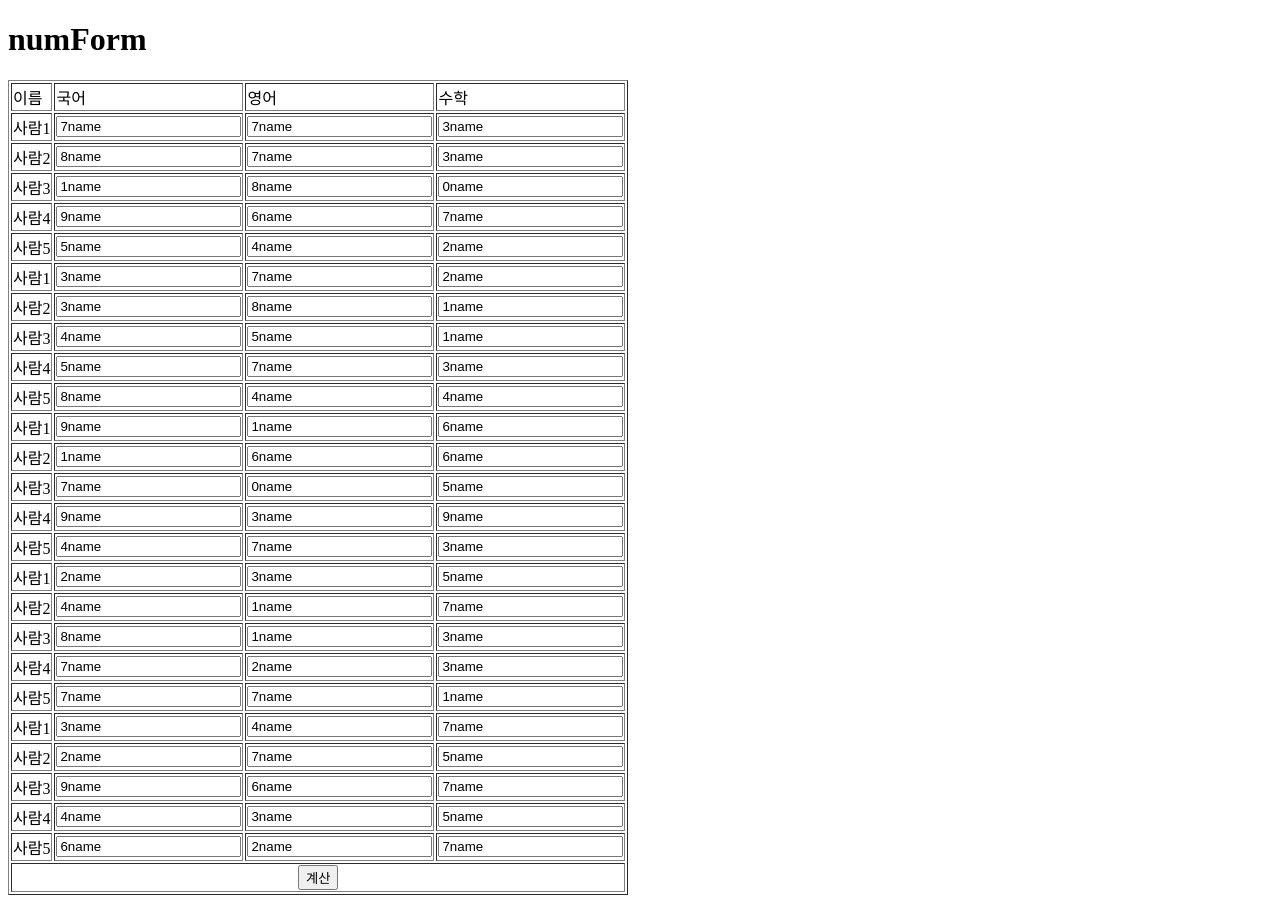
Repository: Jhoon0211/java_work
Page: http://localhost/jspProj/request/numForm2.jsp
These files come from the project's save history. The page is drawn as it stood at one moment and after the next save; the edit follows.
The browser window is 1280 px wide. The pictures show the whole page.
The page is served by Tomcat 9. Other server files are loaded and not shown.

Above is the page before, as saved 2023-07-27 09:28:08.

### jspProj/src/main/webapp/request/numForm2.jsp
<%@ page language="java" contentType="text/html; charset=UTF-8"
    pageEncoding="UTF-8"%>
<!DOCTYPE html>
<html>
<head>
<meta charset="UTF-8">
<title>Insert title here</title>
</head>
<body>
<%-- <%
	String[] korSco = request.getParameterValues("kor");
	String[] engSco = request.getParameterValues("eng");
	String[] mathSco = request.getParameterValues("math");

	// 총점
    int sum = 0; // 총점
    int num = Integer.parseInt(str); // str을 정수형으로 형변환
	sum ++; // 값을 누적


    // 평균
    int sum1 = 0;
    int avg = 0; // 짝수들의 평균 값
	int count = 0; // 개수

	for (String str : noArr) {
		int intValue = Integer.parseInt(str);
		if(intValue % 2 == 0) {  // args 값이 짝수면
			sum1 += intValue;
			count++;

		}
	}
	avg = sum1 / count;
	System.out.println("평균 : " + avg);
%> --%>
<h1>numForm</h1>
	<form action="numForm2.jsp">
		<table border="">
			<tr>
				<td>이름</td>
				<td>국어</td>
				<td>영어</td>
				<td>수학</td>
			</tr>
			<% for(int i = 0; i<5; i++){ %>
			<tr>
				<td>사람1</td>
				<td><input type="text" name="student" value="<%=(int)(Math.random()*10) + "name" %>"/></td>
				<td><input type="text" name="student" value="<%=(int)(Math.random()*10) + "name" %>"/></td>
				<td><input type="text" name="student" value="<%=(int)(Math.random()*10) + "name" %>"/></td>
			</tr>
			<tr>
				<td>사람2</td>
				<td><input type="text" name="student" value="<%=(int)(Math.random()*10) + "name" %>"/></td>
				<td><input type="text" name="student" value="<%=(int)(Math.random()*10) + "name" %>"/></td>
				<td><input type="text" name="student" value="<%=(int)(Math.random()*10) + "name" %>"/></td>
			</tr>
			<tr>
				<td>사람3</td>
				<td><input type="text" name="student" value="<%=(int)(Math.random()*10) + "name" %>"/></td>
				<td><input type="text" name="student" value="<%=(int)(Math.random()*10) + "name" %>"/></td>
				<td><input type="text" name="student" value="<%=(int)(Math.random()*10) + "name" %>"/></td>
			</tr>
			<tr>
				<td>사람4</td>
				<td><input type="text" name="student" value="<%=(int)(Math.random()*10) + "name" %>"/></td>
				<td><input type="text" name="student" value="<%=(int)(Math.random()*10) + "name" %>"/></td>
				<td><input type="text" name="student" value="<%=(int)(Math.random()*10) + "name" %>"/></td>
			</tr>
			<tr>
				<td>사람5</td>
				<td><input type="text" name="student" value="<%=(int)(Math.random()*10) + "name" %>"/></td>
				<td><input type="text" name="student" value="<%=(int)(Math.random()*10) + "name" %>"/></td>
				<td><input type="text" name="student" value="<%=(int)(Math.random()*10) + "name" %>"/></td>
			</tr>
			<%} %>


			<tr>
				<td colspan="4" align="center">
					<input type="submit" value="계산" />
				</td>
			</tr>
		</table>
	</form>
</body>
</html>

After the next save:
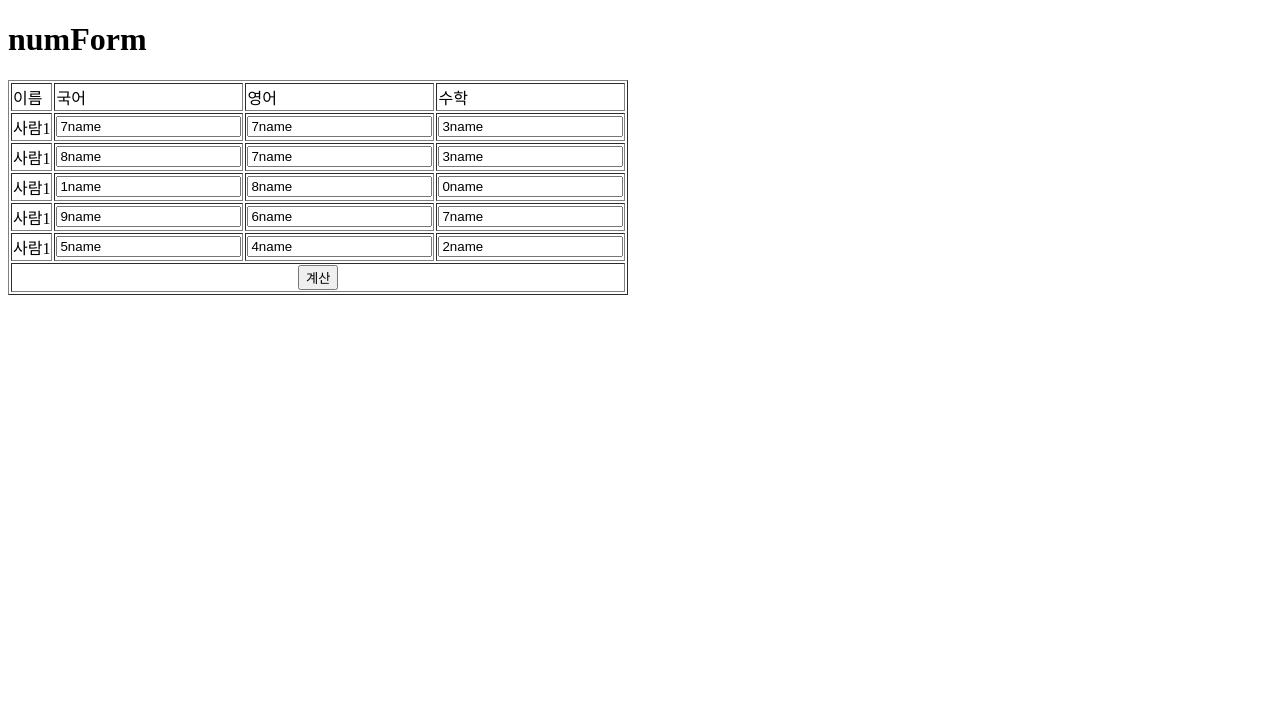
Saved 16 s later.
--- a/jspProj/src/main/webapp/request/numForm2.jsp
+++ b/jspProj/src/main/webapp/request/numForm2.jsp
@@ -50,30 +50,7 @@
 				<td><input type="text" name="student" value="<%=(int)(Math.random()*10) + "name" %>"/></td>
 				<td><input type="text" name="student" value="<%=(int)(Math.random()*10) + "name" %>"/></td>
 			</tr>
-			<tr>
-				<td>사람2</td>
-				<td><input type="text" name="student" value="<%=(int)(Math.random()*10) + "name" %>"/></td>
-				<td><input type="text" name="student" value="<%=(int)(Math.random()*10) + "name" %>"/></td>
-				<td><input type="text" name="student" value="<%=(int)(Math.random()*10) + "name" %>"/></td>
-			</tr>
-			<tr>
-				<td>사람3</td>
-				<td><input type="text" name="student" value="<%=(int)(Math.random()*10) + "name" %>"/></td>
-				<td><input type="text" name="student" value="<%=(int)(Math.random()*10) + "name" %>"/></td>
-				<td><input type="text" name="student" value="<%=(int)(Math.random()*10) + "name" %>"/></td>
-			</tr>
-			<tr>
-				<td>사람4</td>
-				<td><input type="text" name="student" value="<%=(int)(Math.random()*10) + "name" %>"/></td>
-				<td><input type="text" name="student" value="<%=(int)(Math.random()*10) + "name" %>"/></td>
-				<td><input type="text" name="student" value="<%=(int)(Math.random()*10) + "name" %>"/></td>
-			</tr>
-			<tr>
-				<td>사람5</td>
-				<td><input type="text" name="student" value="<%=(int)(Math.random()*10) + "name" %>"/></td>
-				<td><input type="text" name="student" value="<%=(int)(Math.random()*10) + "name" %>"/></td>
-				<td><input type="text" name="student" value="<%=(int)(Math.random()*10) + "name" %>"/></td>
-			</tr>
+
 			<%} %>
 
 
